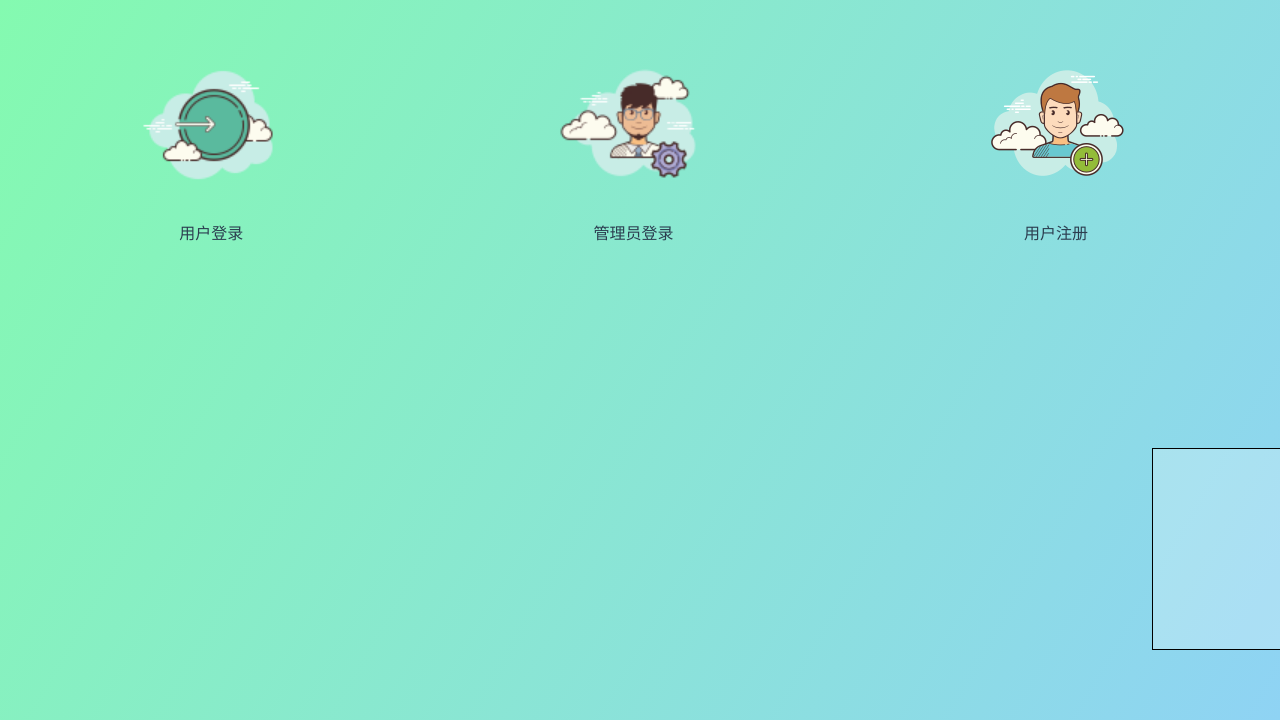
Repository: Akron-xz/helloVue
Page: / (app in vue-library/)
The author's editor kept a copy of each file at every save. The page is drawn from the files as they stood at one save, then again after the next save.
The browser window is 1280 px wide. The pictures show the whole page.
The page's requests for data from a server got no answer. The project was rebuilt for these pictures with package versions that can differ from the ones it lists, and the page was loaded fresh each time. No one was signed in, and anything a server would have sent is missing.

Above is the page before, as saved 2020-11-24 08:55:02.

After the next save:
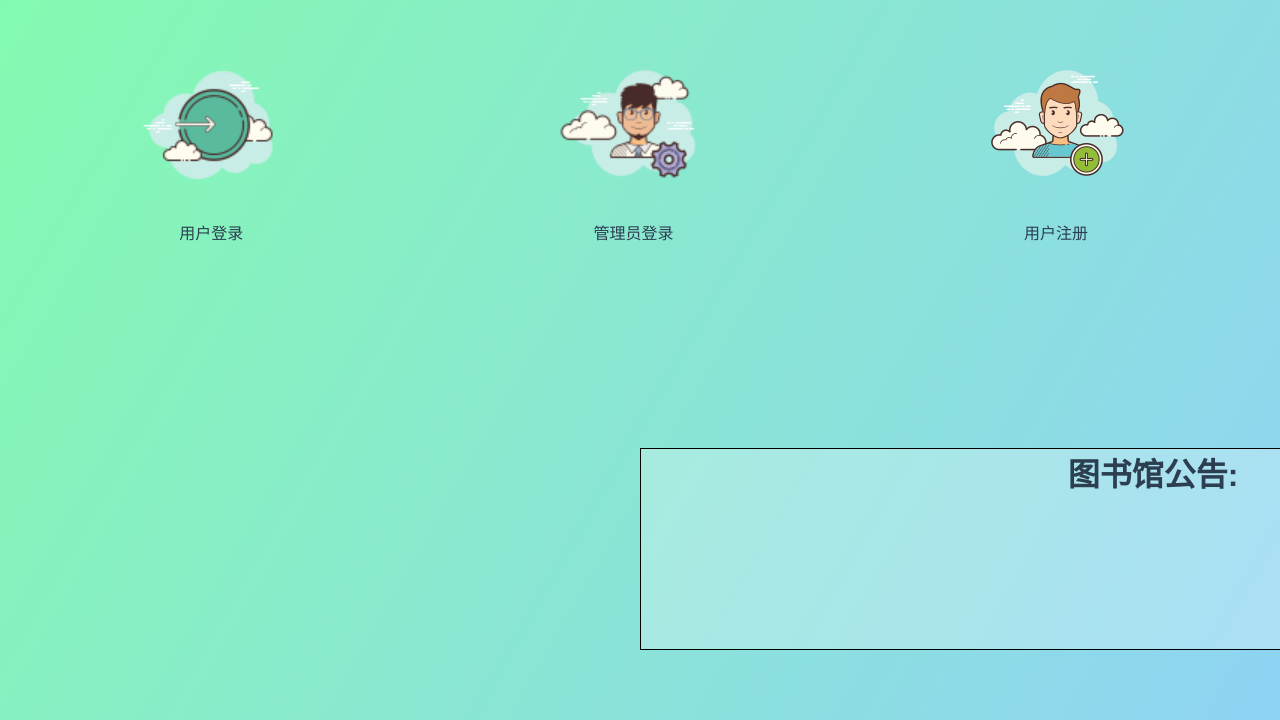
Saved 50 s later.
--- a/vue-library/src/views/Home.vue
+++ b/vue-library/src/views/Home.vue
@@ -134,7 +134,7 @@ export default {
   left: 50%;
   height: 200px;
   width: 80%;
-  margin-left: 40%;
+
   background-color: #ffffff40;
   border: 1px solid black;
 }
